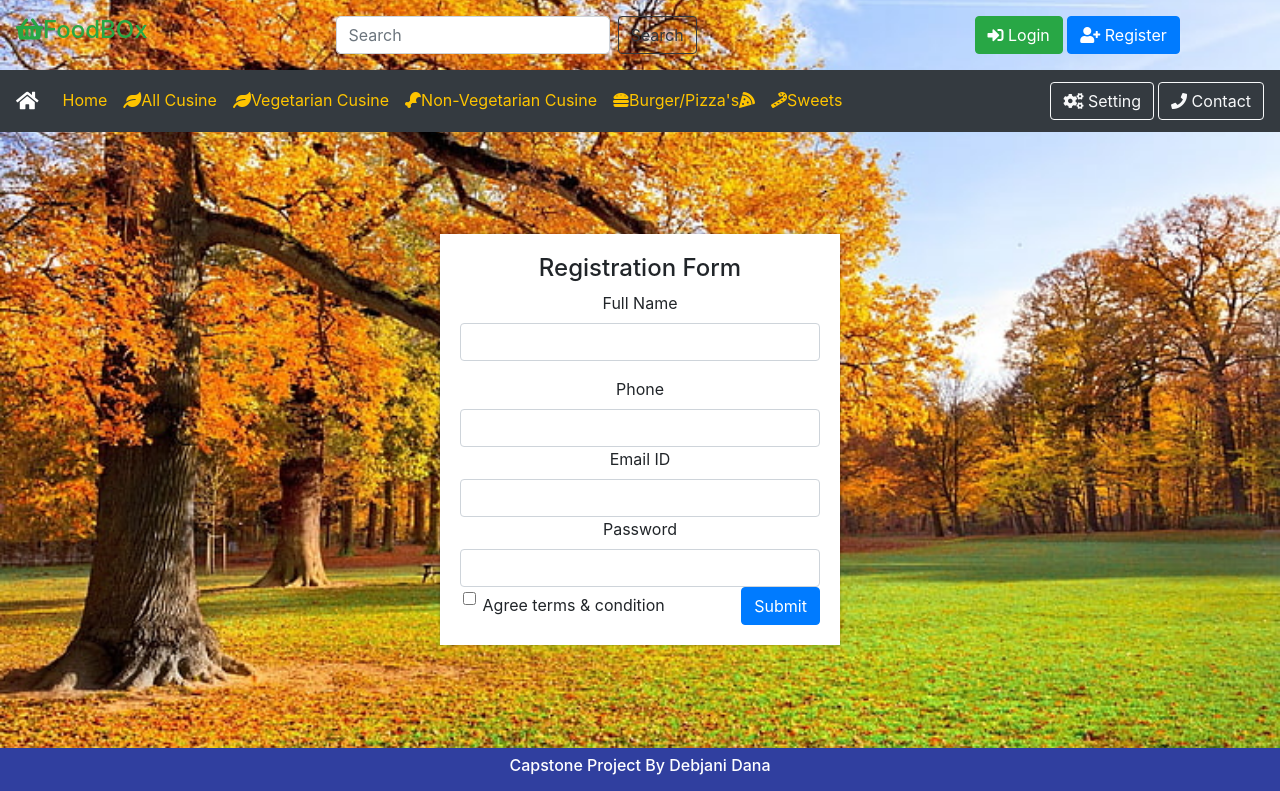
Repository: debjaniprofessional32/Capstone-Final-FoodBox-Delivery-Project
Page: http://localhost/OnlinFoodBOX/rejister.jsp
These files come from the project's save history. The page is drawn as it stood at one moment and after the next save; the edit follows.
The browser window is 1280 px wide. The pictures show the whole page.
Some web libraries are served in a nearby version. The page is served by Tomcat 9.

Above is the page before, as saved 2022-12-23 11:31:10.

After the next save:
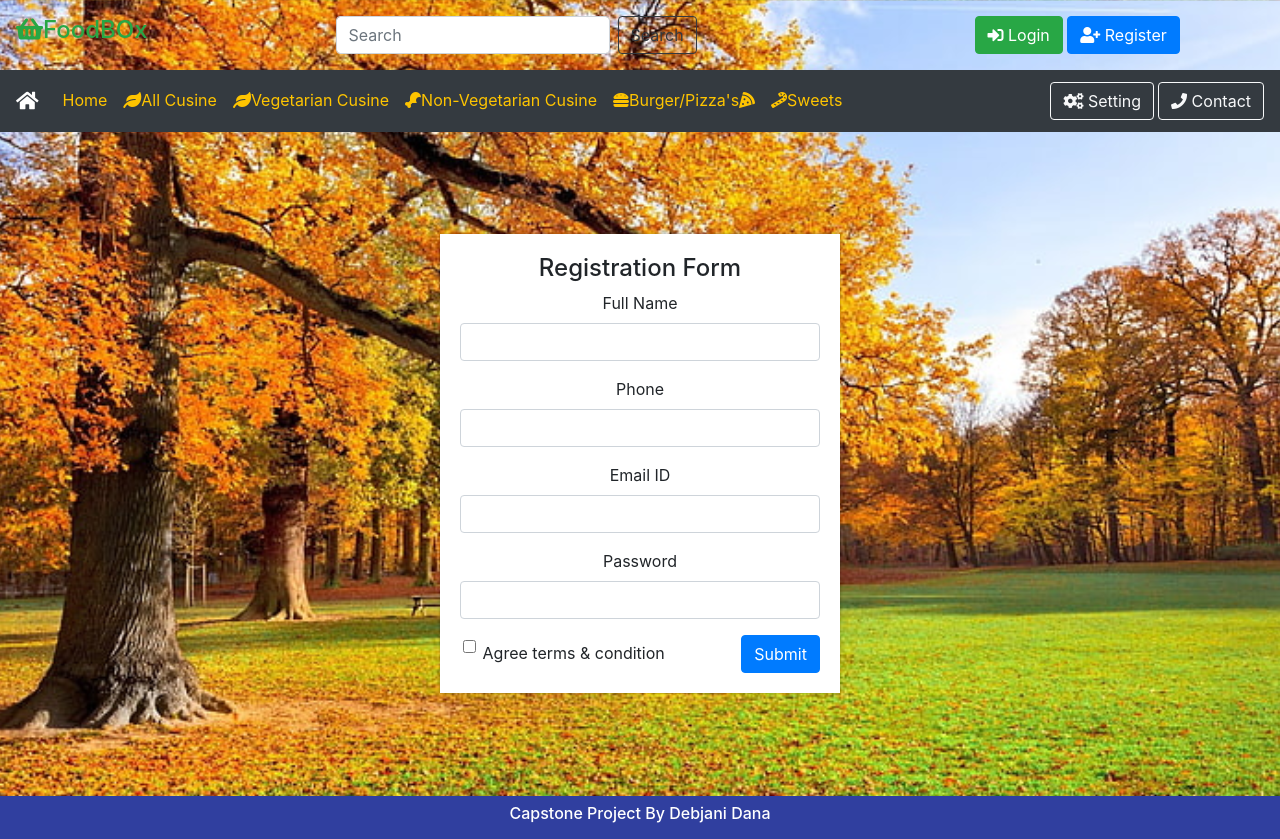
Saved 3 min 42 s later.
--- a/OnlinFoodBOX/src/main/webapp/rejister.jsp
+++ b/OnlinFoodBOX/src/main/webapp/rejister.jsp
@@ -48,24 +48,22 @@ text-align:center;
 
     <input type="text" class="form-control" name="fname" id="exampleInputEmail1" aria-describedby="emailHelp" required="required">
 </div>
+<div class="form-group">
     <label for="exampleInputEmail1">Phone</label>
-    </td><td>
+
     <input type="number" class="form-control" name="phone" id="exampleInputEmail1" aria-describedby="emailHelp" required="required"">
- </td>
- </tr>
+</div>
 
-<tr><td>
+<div class="form-group">
     <label for="exampleInputEmail1">Email ID </label>
-    </td><td>
+
     <input type="email" class="form-control" name="email" id="exampleInputEmail1" aria-describedby="emailHelp"required="required">
- </td>
- </tr>
-<tr><td>
+ </div>
+<div class="form-group">
     <label for="exampleInputPassword1">Password</label>
-    </td><td>
+
     <input type="password" name="pwd"class="form-control" id="exampleInputPassword1" required="required">
-    </td>
- </tr>
+ </div>
 <tr><td colspan="3">
     &nbsp;&nbsp; &nbsp; <input type="checkbox" class="form-check-input" name="check" id="exampleCheck1">
     <label class="form-check-label" for="exampleCheck1">Agree terms & condition</label></td></tr>
